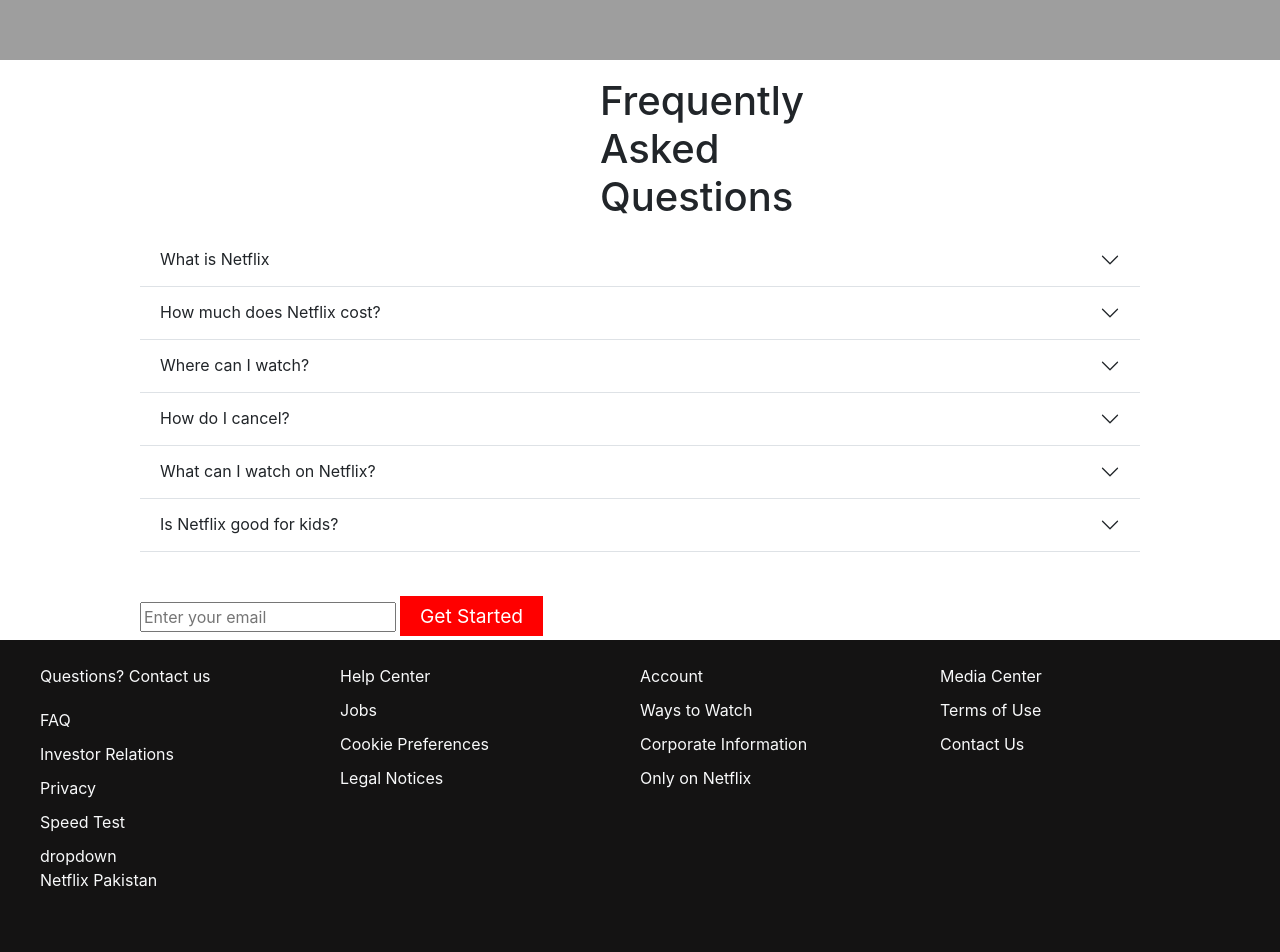
Repository: WajihaGul/Netflix-Clone
Page: /
These files come from the project's save history. The page is drawn as it stood at one moment and after the next save; the edit follows.
The browser window is 1280 px wide. The pictures show the part of the page from y = 561 to 1513 px (the page is 1513 px tall).
Pictures or frames that could not be fetched are drawn as grey boxes. The project was rebuilt for these pictures with package versions that can differ from the ones it lists, and the page was loaded fresh each time. Also part of the build but not shown: src/App.css.

Above is the page before, as saved 2024-05-24 15:24:13.

After the next save:
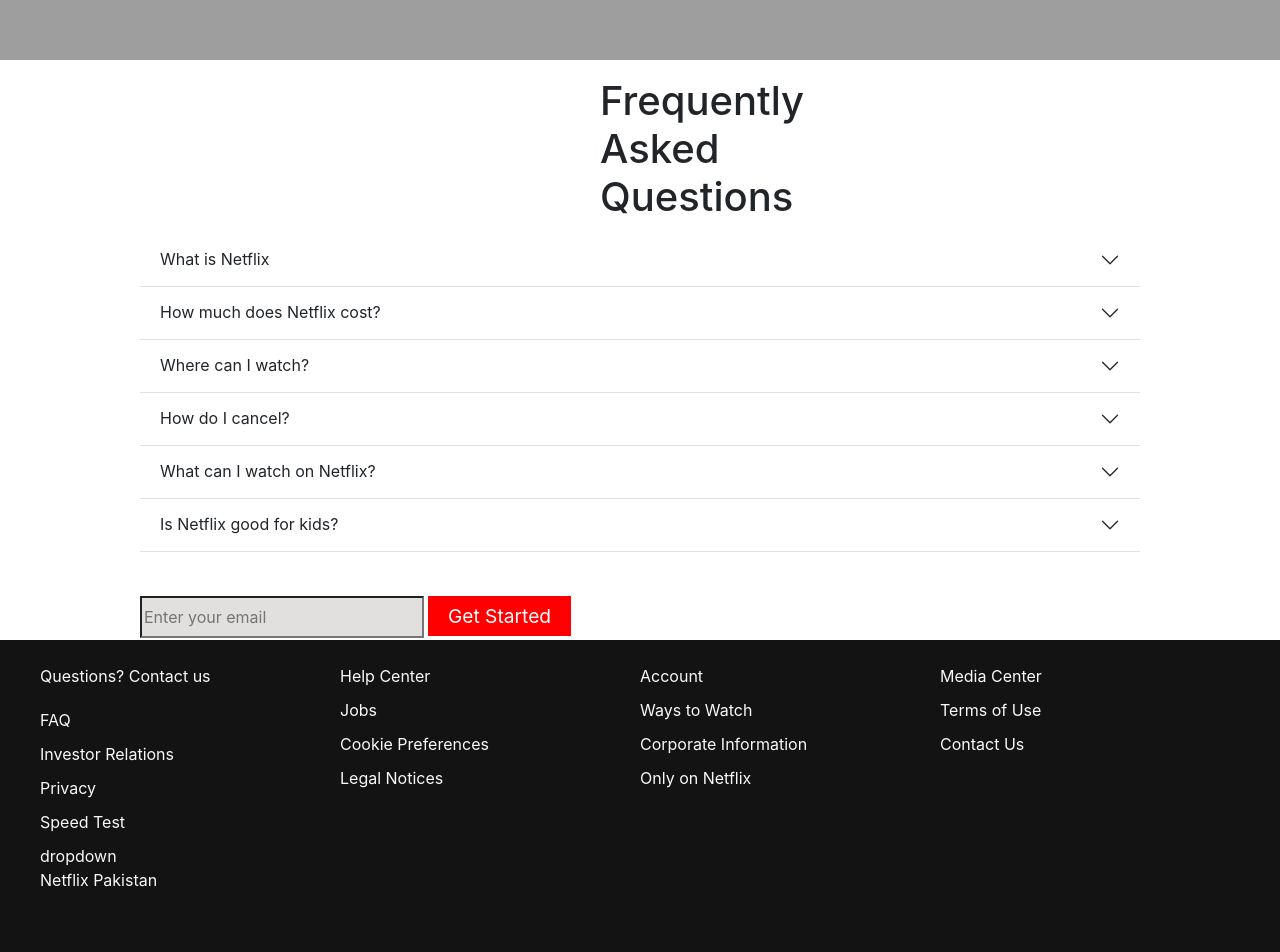
Saved 25 s later.
--- a/src/Components/FAQs/FAQs.module.css
+++ b/src/Components/FAQs/FAQs.module.css
@@ -27,3 +27,9 @@
    display: flex;
    flex-direction: column;
 }
+
+.SignupForm{
+   width: 284px;
+   height: 42px;
+   background: #e2dfdf;
+}
